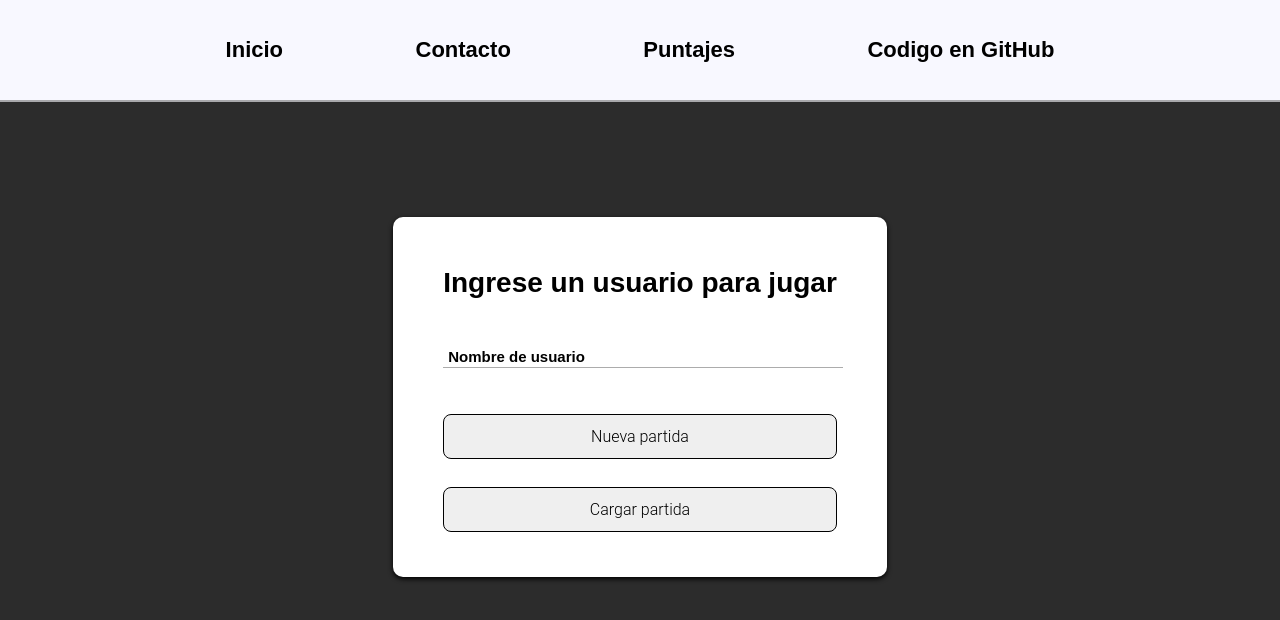
Repository: FacundoKinderknecht/FacundoKinderknecht_Wordle_Game_LPPA
Page: index.html
An editor plug-in stored every save of this project. The page is shown before and after the next save, followed by the edit.
The browser window is 1280 px wide. The pictures show the whole page.

Above is the page before, as saved 2023-08-08 03:01:48.

After the next save:
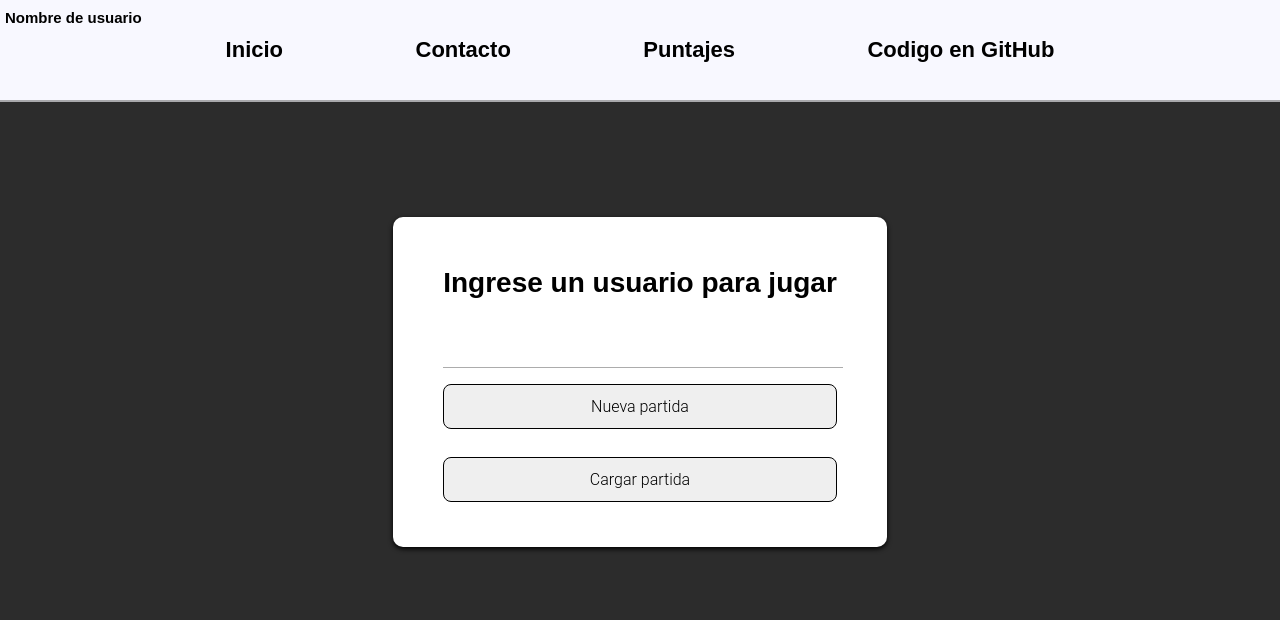
Saved 29 s later.
--- a/index.html
+++ b/index.html
@@ -26,7 +26,7 @@
         <div class="form-container">
             <form class="form-user">
                 <h2 class="form-title">Ingrese un usuario para jugar</h2>
-                <fieldset class="group-form">
+                <fieldset class="form">
                     <input class="form-txt" id="txt-user" placeholder="">
                     <label class="form-lbl" id="lbl-user" for="txt-user">Nombre de usuario</label>
                 </fieldset>

After the 2 saves that followed:
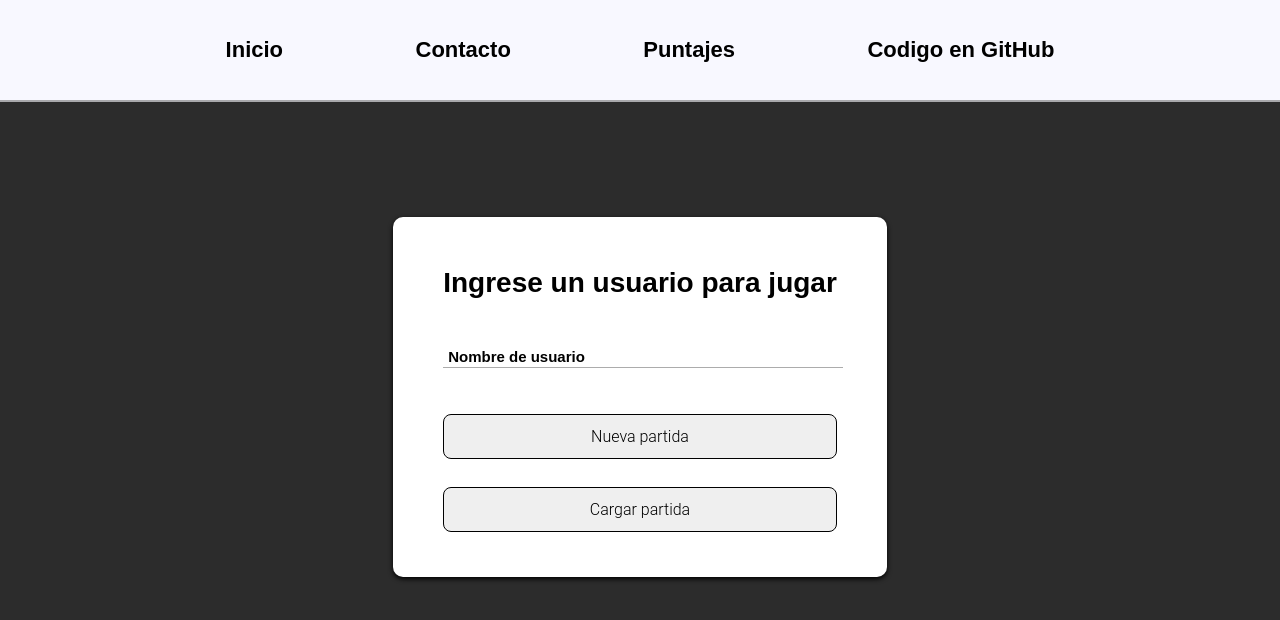
The 2 saves are shown as one change because 1 left the picture as it was.
The last was saved 11 s later.
--- a/index.html
+++ b/index.html
@@ -26,7 +26,7 @@
         <div class="form-container">
             <form class="form-user">
                 <h2 class="form-title">Ingrese un usuario para jugar</h2>
-                <fieldset class="form">
+                <fieldset class="login-form">
                     <input class="form-txt" id="txt-user" placeholder="">
                     <label class="form-lbl" id="lbl-user" for="txt-user">Nombre de usuario</label>
                 </fieldset>
--- a/css/index.css
+++ b/css/index.css
@@ -22,7 +22,7 @@ form{
     margin: auto;
 }
 
-.group-form{
+.login-form{
     width: 100%;
     position: relative;
     margin-bottom: 30px;
